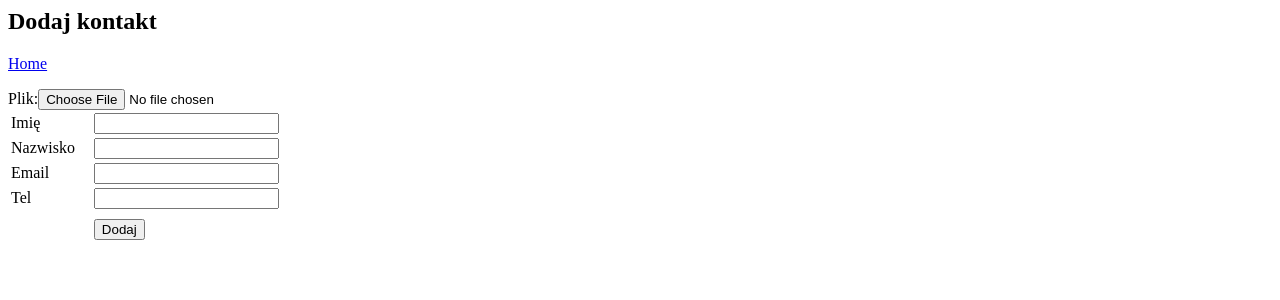
Repository: mkasus/crudCSV
Page: http://localhost/add.php
The author's editor kept a copy of each file at every save. The page is drawn from the files as they stood at one save, then again after the next save.
The browser window is 1280 px wide. The pictures show the whole page.
The page is run by PHP 8.4 with error messages shown; the project is at /var/www/html/.

Above is the page before, as saved 2024-03-27 18:51:24.

After the next save:
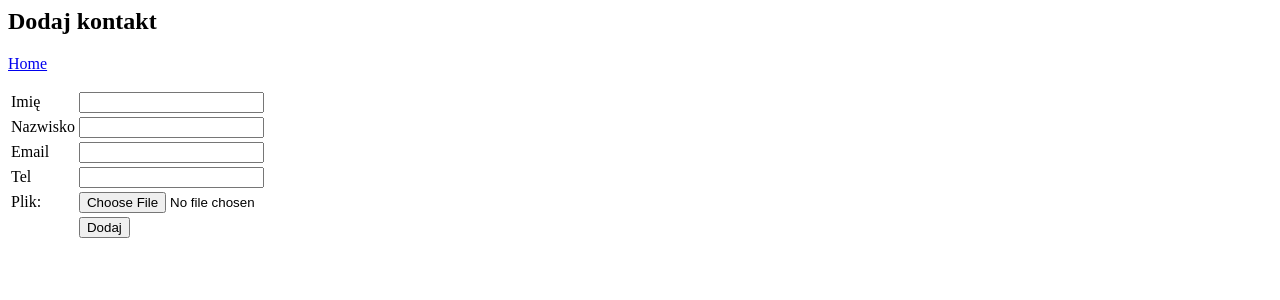
Saved 12 s later.
--- a/add.php
+++ b/add.php
@@ -28,13 +28,13 @@
 				<td><input type="text" name="tel"></td>
 			</tr>
 			<tr>
-			<tr>
+			<td>
 				<label for="myfile"> Plik:</label>
+			</td>
+			<td>
+				<input type="file" id="myfile" name="file">
+		    </td>
 			</tr>
-			<tr>
-				<input type="file" id="myfile" name="file">
-		    </tr>
-
 			<tr>
 				<td></td>
 				<td><input type="submit" name="submit" value="Dodaj"></td>
